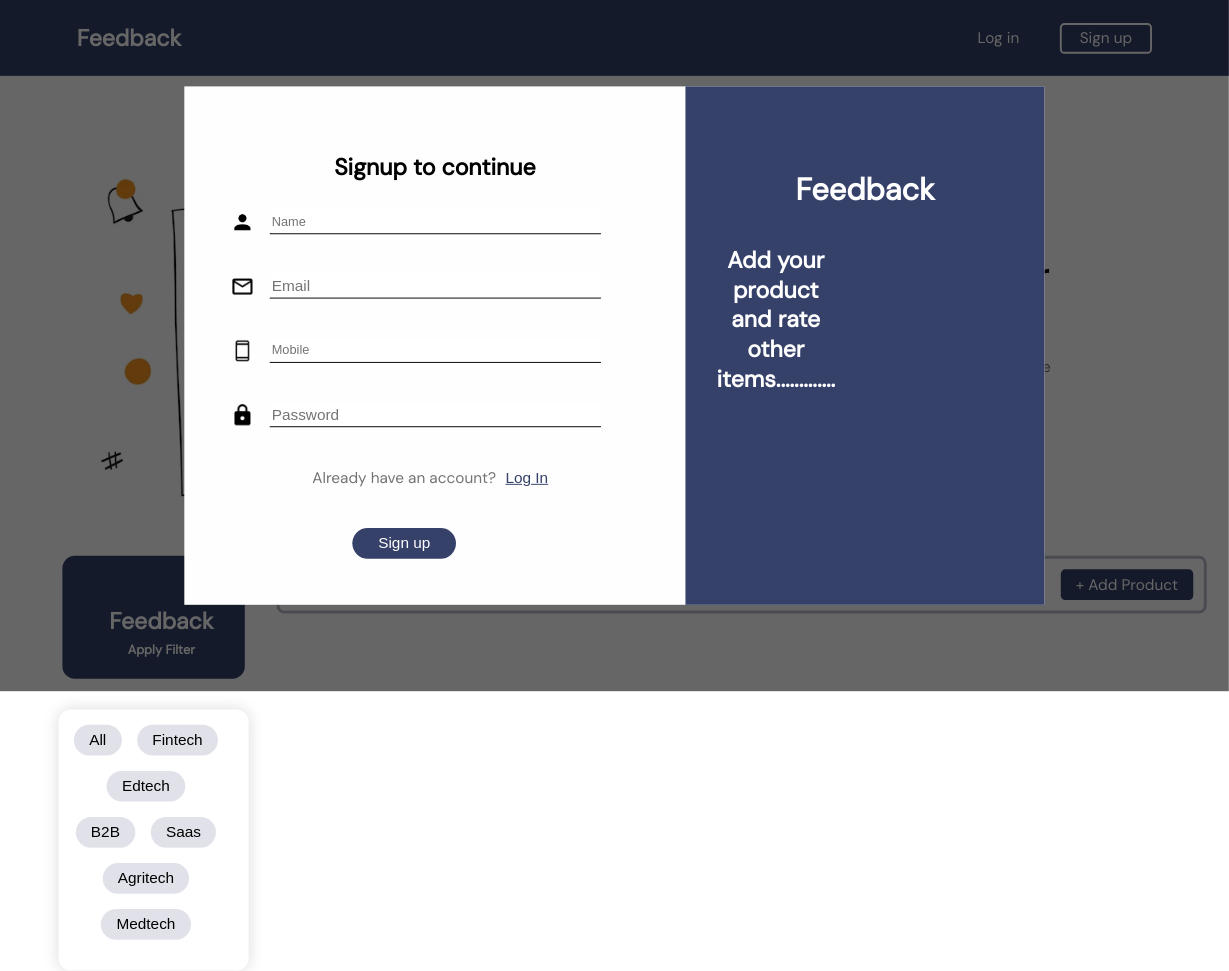
Repository: drumsmanku/final-evaluation-test
Page: / (app in client/), after clicking the first element matching `button.btn-main-page-register`
An editor plug-in stored every save of this project. The page is shown before and after the next save, followed by the edit.
The browser window is 1280 px wide. The pictures show the whole page, at 96% of full size.
The page's requests for data from a server got no answer. The project was rebuilt for these pictures with package versions that can differ from the ones it lists, and the page was loaded fresh each time. No one was signed in, and anything a server would have sent is missing. Also part of the build but not shown: client/src/Components/LoginPopUp.js, client/src/Components/AddProductPopUp.js, client/src/Components/SignUp.js, client/src/Components/Login.js.

Above is the page before, as saved 2023-07-30 15:07:52.

After the next save:
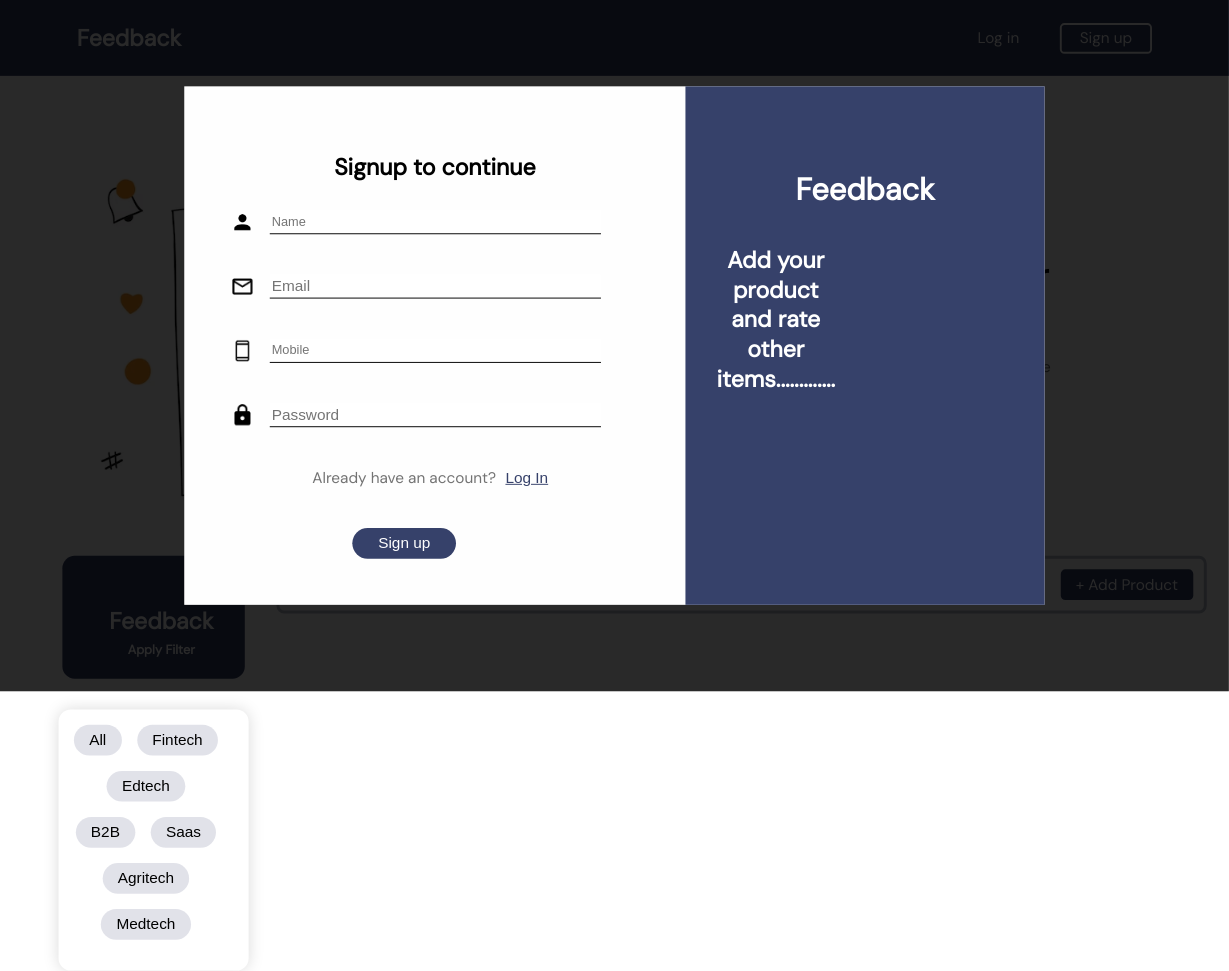
Saved 5 min 29 s later.
--- a/client/src/Components/MainPage.js
+++ b/client/src/Components/MainPage.js
@@ -151,7 +151,7 @@ function MainPage() {
           </div>
           {showLoginModal && <LoginPopUp closeModal={() => setShowLoginModal(false)} showLoginModal={showLoginModal} />}
           {showSignupModal && <SignupPopUp closeModal={() => setShowSignupModal(false)} showSignupModal={showSignupModal} />}
-          {showAddModal && <AddProductPopUp closeModal={() => setShowAddModal(false)} showAddModal={showAddModal} />}
+          {isLoggedIn? (showAddModal && <AddProductPopUp closeModal={() => setShowAddModal(false)} showAddModal={showAddModal} />):(showSignupModal && <SignupPopUp closeModal={() => setShowSignupModal(false)} showSignupModal={showSignupModal} />)}
 
 
           <div className="product-cards">
